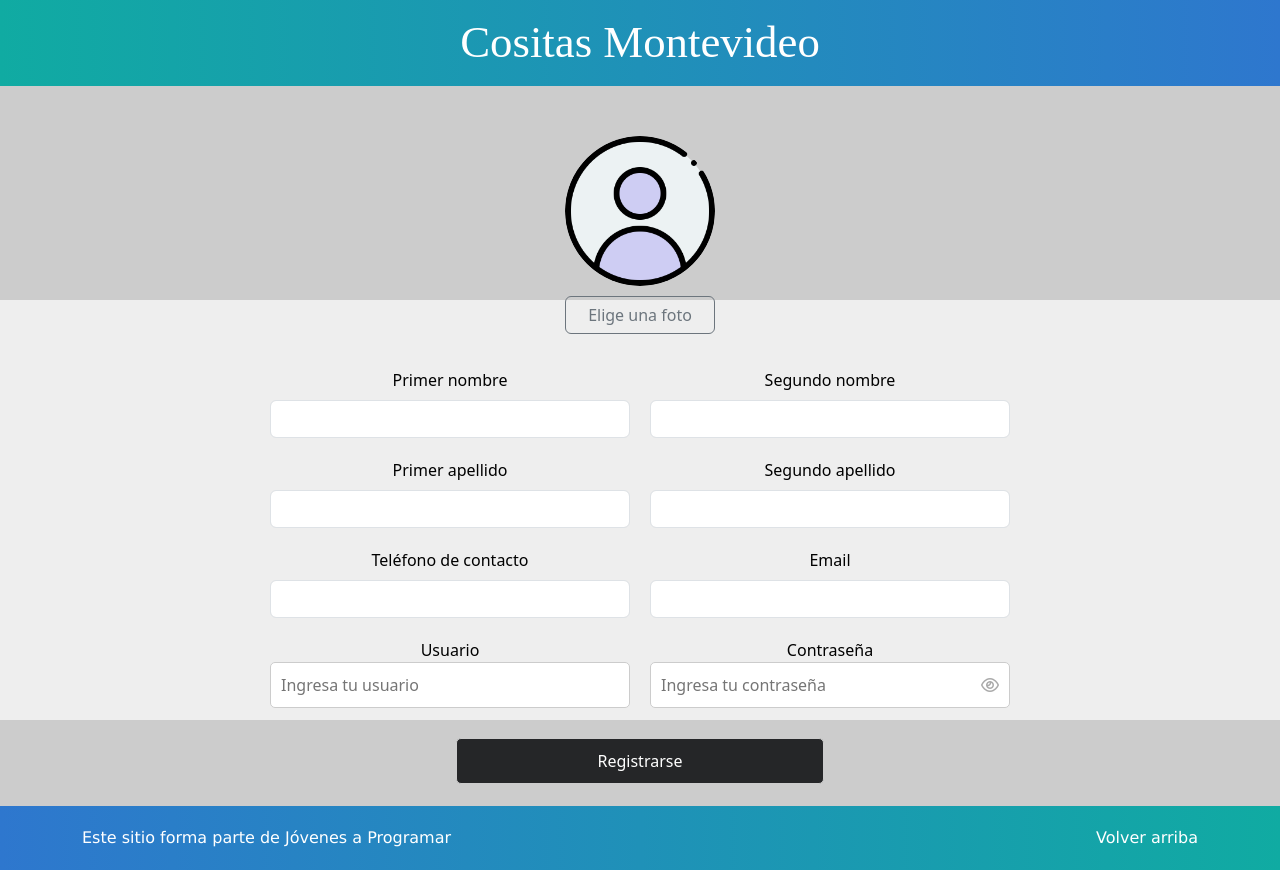
Repository: naticab/proyecto-dw
Page: registration.html
These files come from the project's save history. The page is drawn as it stood at one moment and after the next save; the edit follows.
The browser window is 1280 px wide. The pictures show the whole page.
Some web fonts or font styles are not loaded; a fallback is used.

Above is the page before, as saved 2024-10-22 22:38:32.
Console error: TypeError: Cannot read properties of null (reading 'classList')

After the next save:
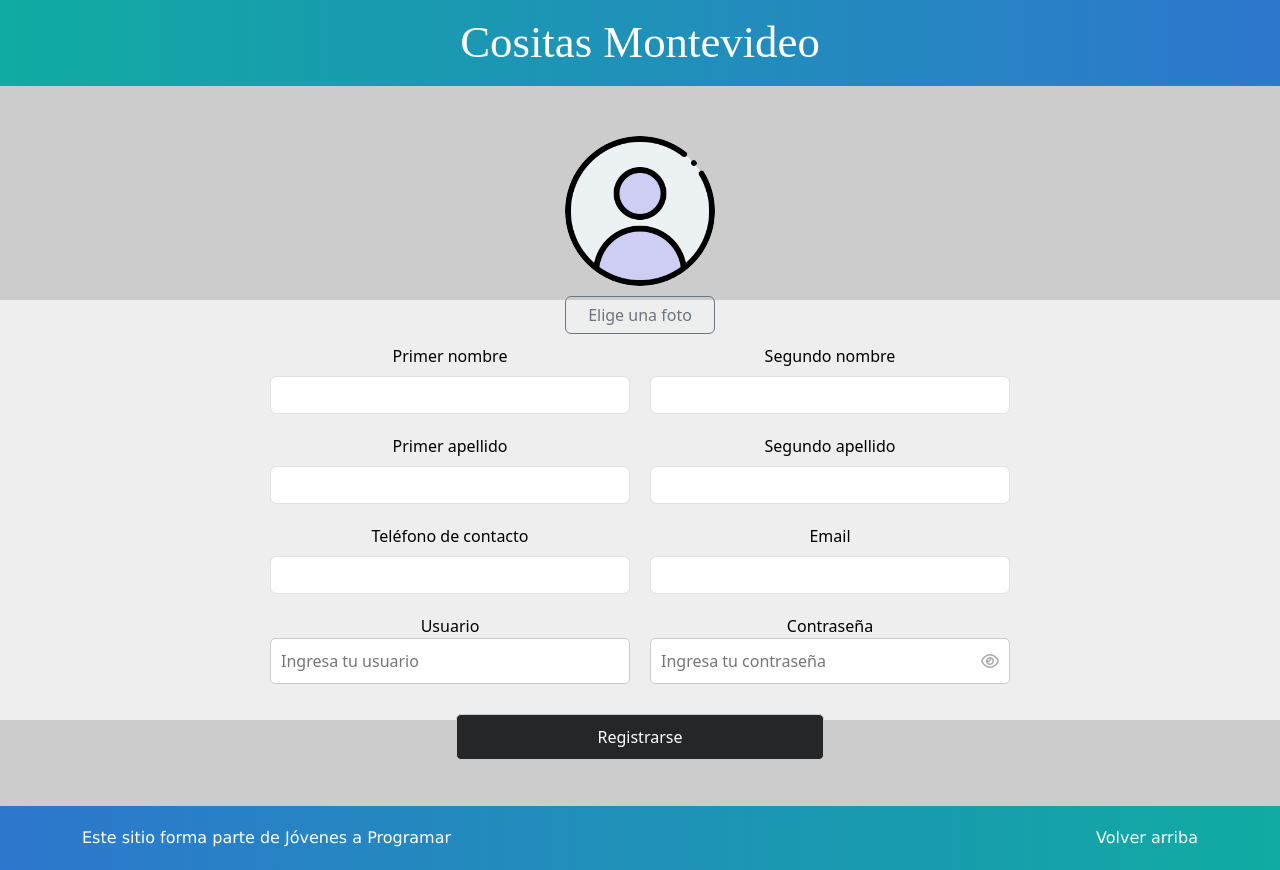
Saved 9 s later.
--- a/registration.html
+++ b/registration.html
@@ -32,7 +32,7 @@
                 <input type="file" name="foto" id="foto" accept="image/*" style="display: none;" />
                 <label for="foto" class="btn btn-outline-secondary">Elige una foto</label>
             </div>
-            <form method="post" class="row mt-4" id="myForm">
+            <form method="post" class="row" id="myForm">
                 <div class="col-md-6">
                     <label for="nombre1" class="form-label">Primer nombre</label>
                     <input type="text" class="form-control" id="nombre1" name="nombre" required>
